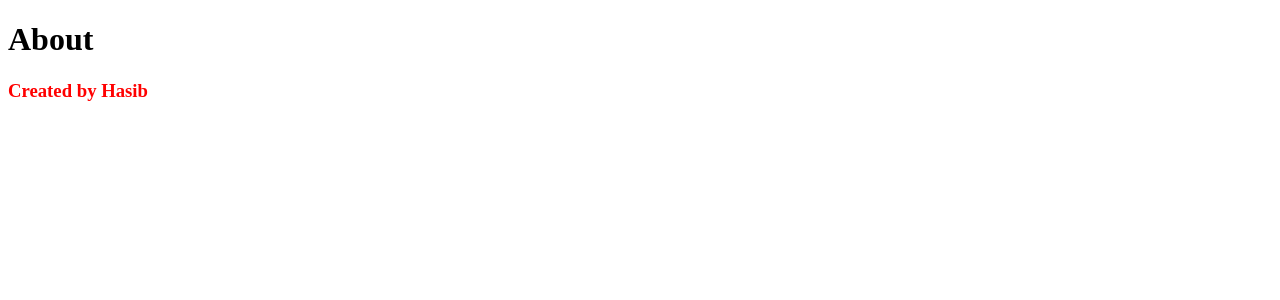
Repository: Eminaae/Killer
Page: S01Week11D02/Public/about.html
These files come from the project's save history. The page is drawn as it stood at one moment and after the next save; the edit follows.
The browser window is 1280 px wide. The pictures show the whole page.

Above is the page before, as saved 2015-07-29 09:43:49.

### S01Week11D02/Public/about.html
<!DOCTYPE HTML>
<html>
<head>
<title> BitCamp About </title>
</head>

<body>
<h1> About </h1>
<h3 style="color:red" > Created by Hasib </h3>
</body>

</html>

After the next save:
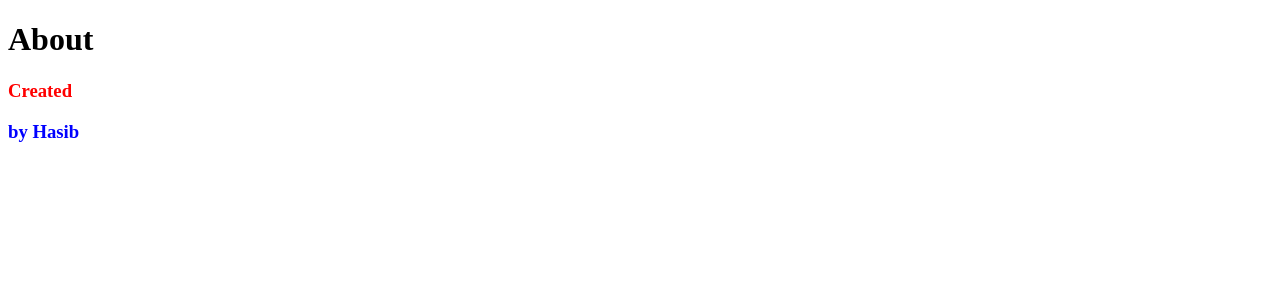
Saved 55 s later.
--- a/S01Week11D02/Public/about.html
+++ b/S01Week11D02/Public/about.html
@@ -6,7 +6,7 @@
 
 <body>
 <h1> About </h1>
-<h3 style="color:red" > Created by Hasib </h3>
+<h3 style="color:red" > Created <h3 style="color:blue" >by Hasib  </h3></h3>
 </body>
 
 </html>
